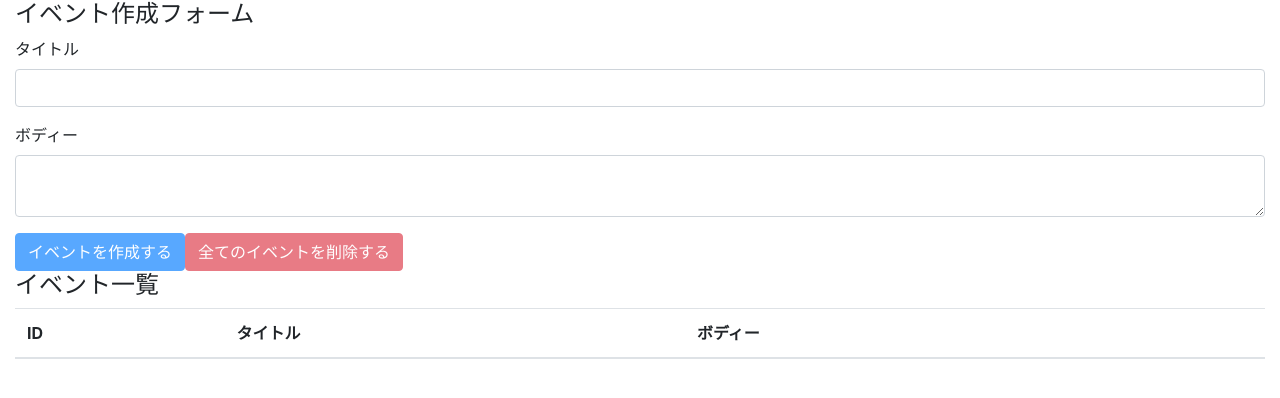
Repository: yujiuehara/my-app
Page: /
These files come from the project's save history. The page is drawn as it stood at one moment and after a run of saves; the edit follows.
The browser window is 1280 px wide. The pictures show the whole page.
The project was rebuilt for these pictures with package versions that can differ from the ones it lists, and the page was loaded fresh each time. Also part of the build but not shown: src/components/Event.js.

Above is the page before, as saved 2020-05-05 21:23:38.

After the next 2 saves:
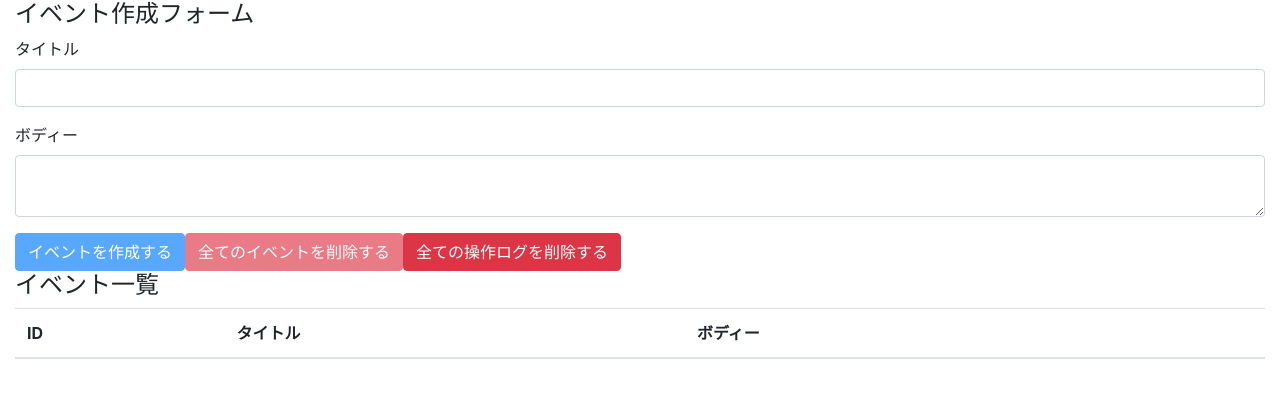
The 2 saves are shown as one change because 1 did not build or start.
The last was saved 6 min 20 s later.
--- a/src/components/EventForm.js
+++ b/src/components/EventForm.js
@@ -43,6 +43,14 @@ const EventForm = () => {
 
     const unCreatable = title === '' || body === ''
 
+    const deleteAllOperationLogs = e => {
+        e.preventDefault();
+        const result = window.confirm("全ての操作ログを本当に削除しても良いですか")
+        if (result) {
+            dispatch({ type: DELETE_ALL_OPERATION_LOGS})
+        }
+    }
+
     return(
         <>
         <h4>イベント作成フォーム</h4>
@@ -57,6 +65,7 @@ const EventForm = () => {
             </div>
             <button className="btn btn-primary" onClick={addEvent} disabled={unCreatable}>イベントを作成する</button>
             <button className="btn btn-danger" onClick={deleteAllEvents} disabled={state.events.length === 0}>全てのイベントを削除する</button>
+            <button className="btn btn-danger" onClick={deleteAllOperationLogs}>全ての操作ログを削除する</button>
         </form>
         </>
     )
